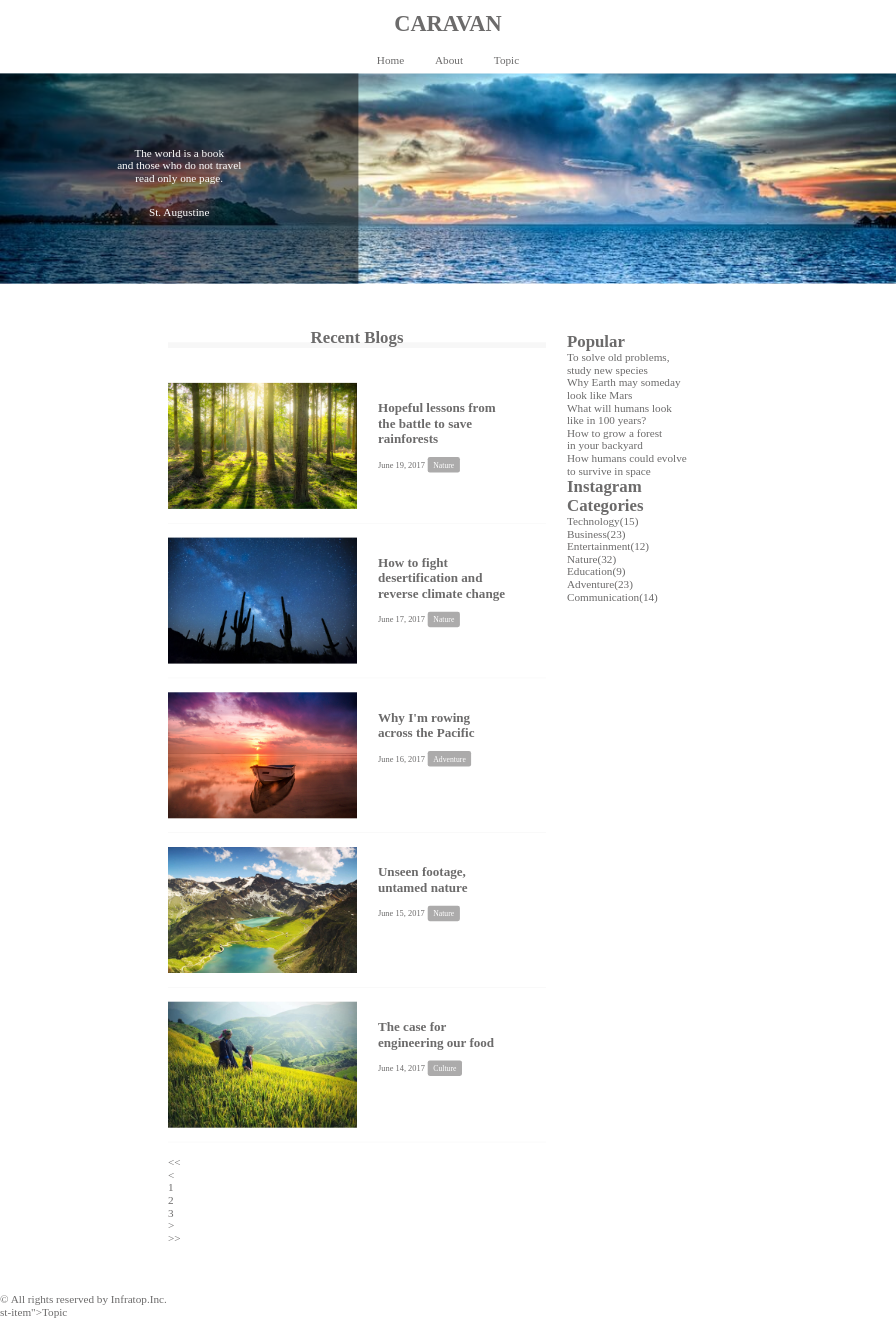
Repository: ayakodesu/html-practice
Page: caravan/index.html
The author's editor kept a record of every edit. The page is drawn from the files as they stood at one moment, then again after the next edit.
The browser window is 1280 px wide. The pictures show the whole page, at 70% of full size.

Above is the page before.

After the next edit:
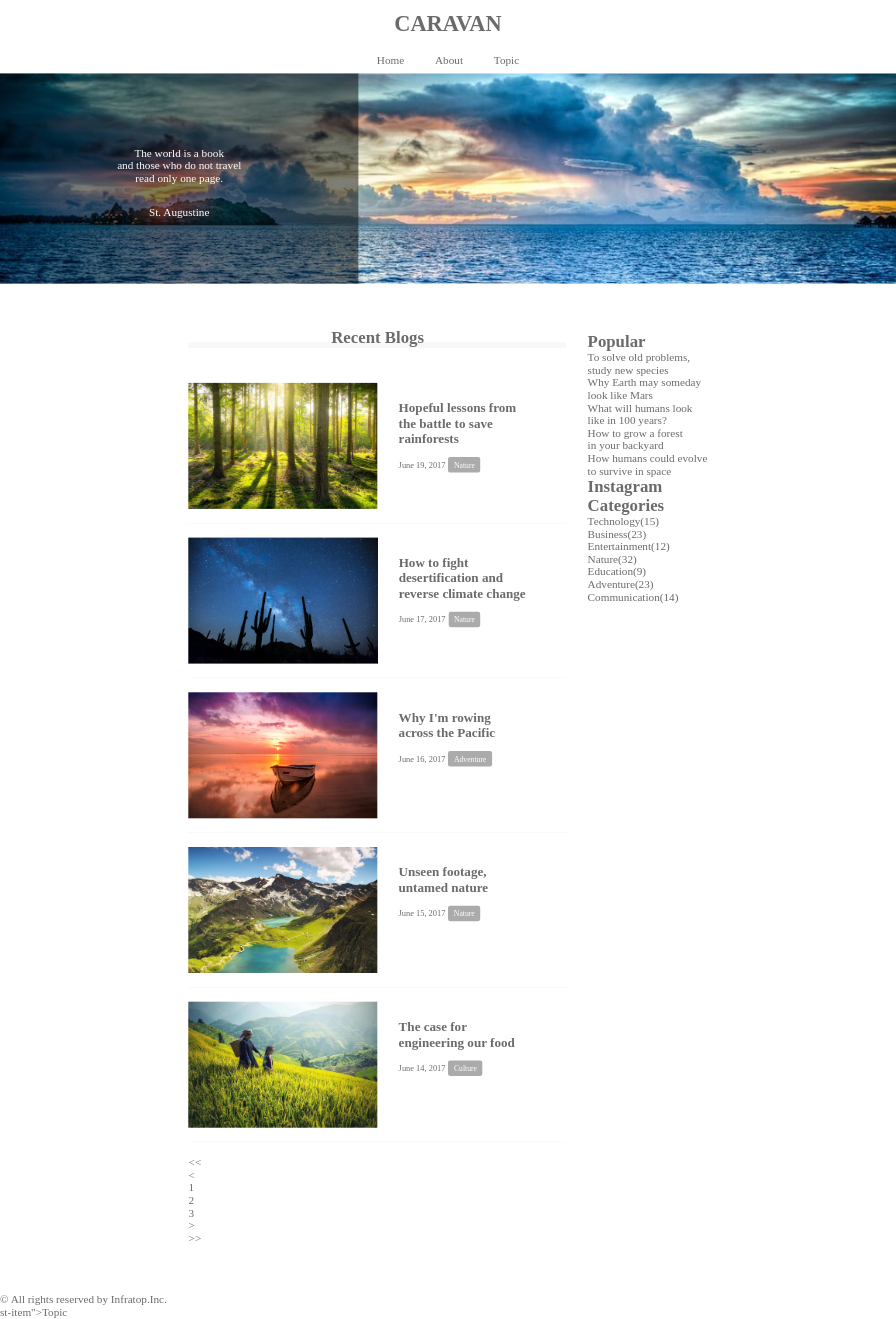
The edit:
--- a/caravan/style.css
+++ b/caravan/style.css
@@ -61,7 +61,7 @@
 main {
   width: 800px;
   display:flex;
-  justify-content: senter;
+  justify-content: center;
   margin: 0 auto;
   padding: 70px 0;
 }
